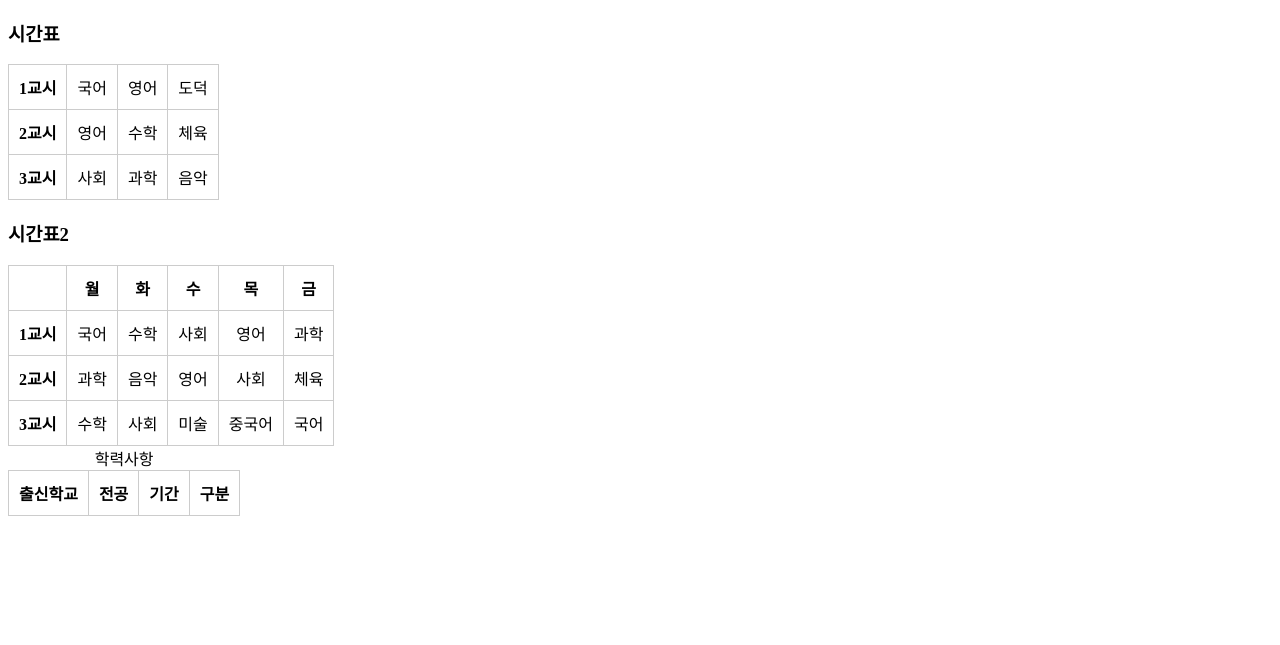
Repository: b1996om/HTML-CSS_study
Page: Practice/public/prac_00.html
An editor plug-in stored every save of this project. The page is shown before and after the next save, followed by the edit.
The browser window is 1280 px wide. The pictures show the whole page.

Above is the page before, as saved 2022-12-08 08:42:10.

### Practice/public/prac_00.html
<!DOCTYPE html>
<html lang="ko">
<head>
	<meta charset="utf-8">
	<title>표 만들기</title>
	<style>
		table, th, td {
			border:1px solid #ccc;
			text-align:center;
			border-collapse:collapse;
		}
		th {
			padding:10px;
		}
		td {
			padding:10px;
		}
	</style>
</head>
<body>
	<h3>시간표</h3>
	<table>
		<tr>
			<th>1교시</th>
			<td>국어</td>
			<td>영어</td>
			<td>도덕</td>
		</tr>
		<tr>
			<th>2교시</th>
			<td>영어</td>
			<td>수학</td>
			<td>체육</td>
		</tr>
		<tr>
			<th>3교시</th>
			<td>사회</td>
			<td>과학</td>
			<td>음악</td>
		</tr>
	</table>

	<h3>시간표2</h3>
	<table>
		<tr>
			<th></th>
			<th>월</th>
			<th>화</th>
			<th>수</th>
			<th>목</th>
			<th>금</th>
		</tr>
		<tr>
			<th>1교시</th>
			<td>국어</td>
			<td>수학</td>
			<td>사회</td>
			<td>영어</td>
			<td>과학</td>
		</tr>
		<tr>
			<th>2교시</th>
			<td>과학</td>
			<td>음악</td>
			<td>영어</td>
			<td>사회</td>
			<td>체육</td>
		</tr>
		<tr>
			<th>3교시</th>
			<td>수학</td>
			<td>사회</td>
			<td>미술</td>
			<td>중국어</td>
			<td>국어</td>
		</tr>
	</table>

	<table>
	<caption>학력사항</caption>
		<thead>
			<tr>
				<th>출신학교</th>
				<th>전공</th>
				<th>기간</th>
				<th>구분</th>
			</tr>
		</thead>
	</table>
</body>
</html>

After the next save:
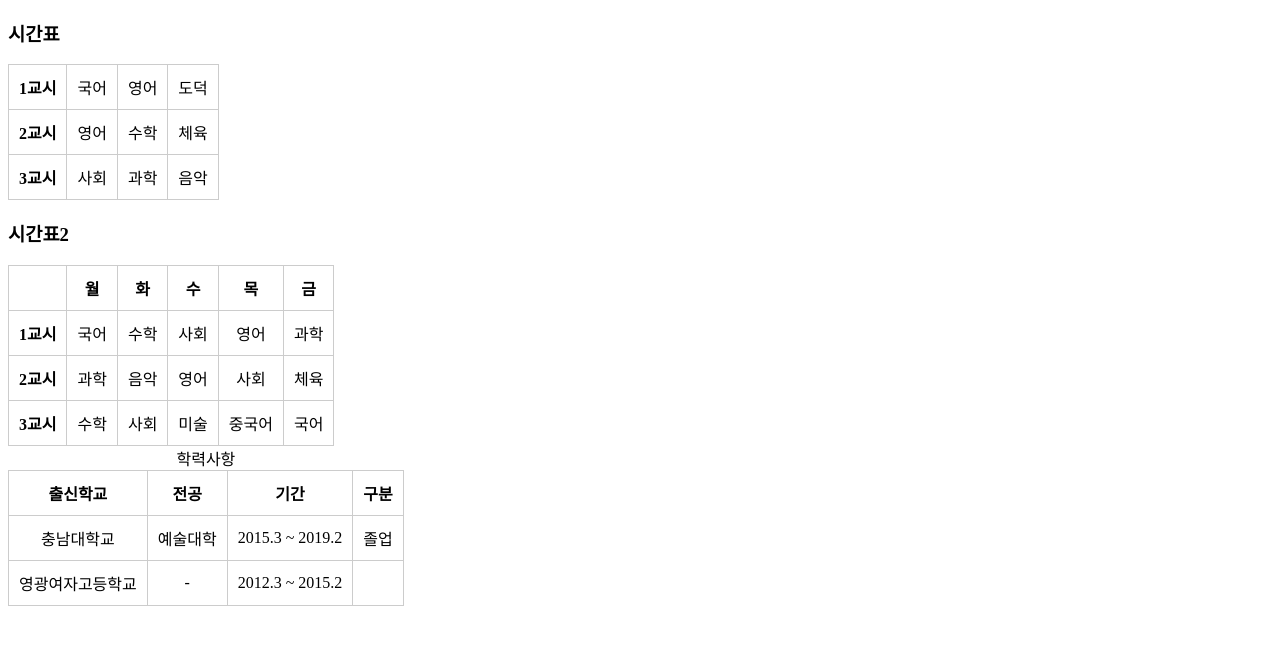
Saved 2 min 28 s later.
--- a/Practice/public/prac_00.html
+++ b/Practice/public/prac_00.html
@@ -86,6 +86,20 @@
 				<th>구분</th>
 			</tr>
 		</thead>
+		<tbody>
+			<tr>
+				<td>충남대학교</td>
+				<td>예술대학</td>
+				<td>2015.3 ~ 2019.2</td>
+				<td>졸업</td>
+			</tr>
+			<tr>
+				<td>영광여자고등학교</td>
+				<td>-</td>
+				<td>2012.3 ~ 2015.2</td>
+				<td></td>
+			</tr>
+		</tbody>
 	</table>
 </body>
 </html>
